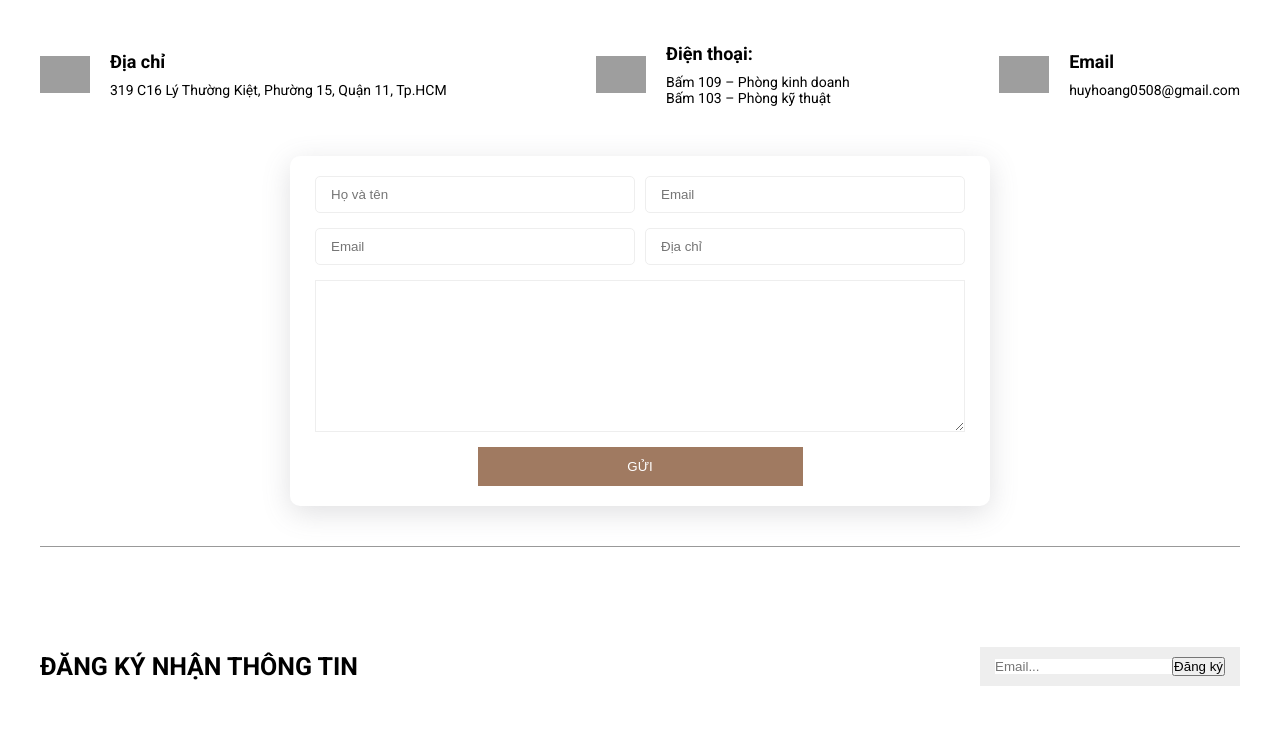
Repository: web345/WEBNANGCAO-clock-
Page: contact.html
These files come from the project's save history. The page is drawn as it stood at one moment and after the next save; the edit follows.
The browser window is 1280 px wide. The pictures show the part of the page from y = 678 to 1414 px (the page is 1414 px tall before and 1410 px after).
Pictures or frames that could not be fetched are drawn as grey boxes. Some web libraries are served in a nearby version.

Above is the page before, as saved 2021-09-10 20:51:44.

After the next save:
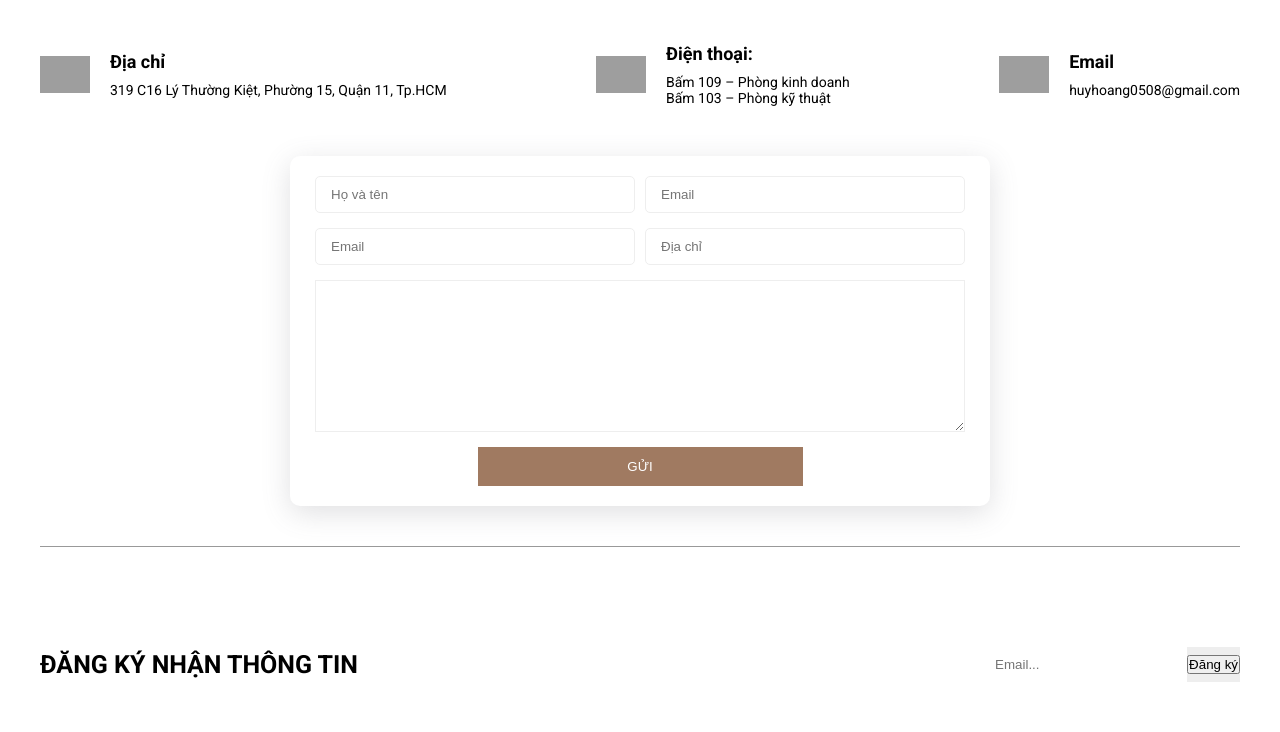
Saved 14 s later.
--- a/CSS/contact.css
+++ b/CSS/contact.css
@@ -101,11 +101,11 @@ h3.sub-info {
 .email-sub {
   display: flex;
   align-items: center;
-  padding: 10px 15px;
   background-color: #eee;
 }
 
 .email-sub input {
   border: 0;
+  padding: 10px 15px;
   height: 100%;
 }
